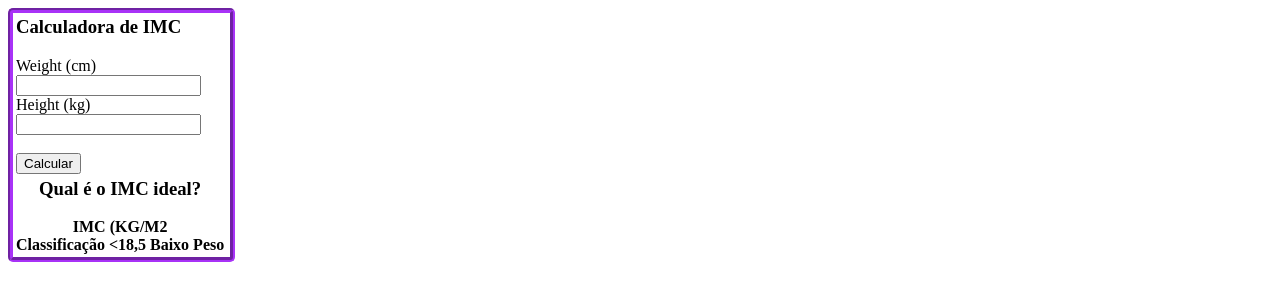
Repository: Patriciamativi/Projetos
Page: index.html
An editor plug-in stored every save of this project. The page is shown before and after the next save, followed by the edit.
The browser window is 1280 px wide. The pictures show the whole page.

Above is the page before, as saved 2022-11-21 15:17:32.

After the next save:
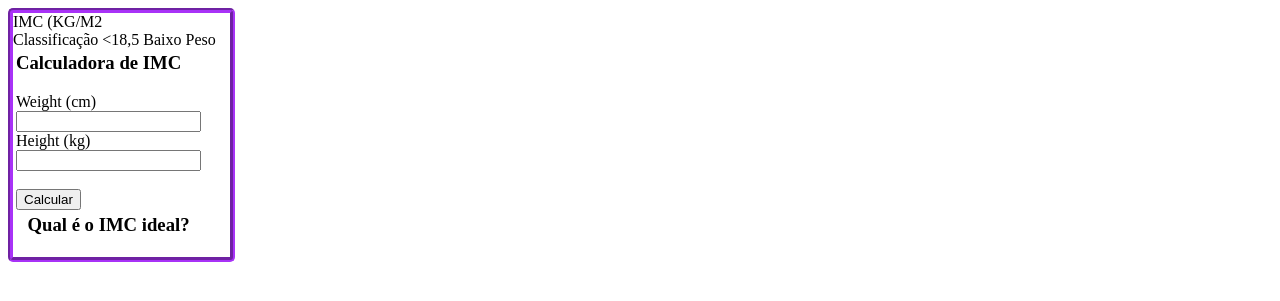
Saved 13 s later.
--- a/index.html
+++ b/index.html
@@ -31,10 +31,10 @@
 
             <input type= "submit" value="Calcular"> </td> </tr>
 
-                <th> <h3>Qual é o IMC ideal?</h3>
+                <th> <h3>Qual é o IMC ideal?</h3></th>
 
                 IMC (KG/M2<br/>  Classificação
-                <18,5            Baixo Peso</th>
+                <18,5            Baixo Peso
 
 
     </table>
